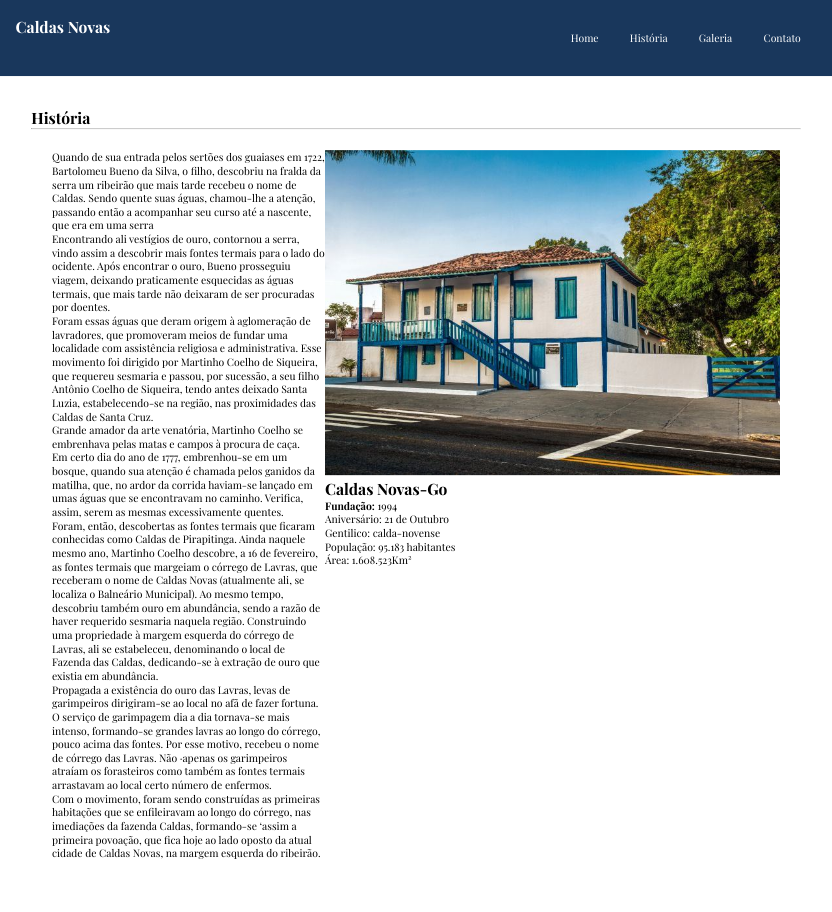
Repository: AbiezerSidonioJoseOdanacaJunior/DesafioLocalTuristico
Page: index.html
The author's editor kept a copy of each file at every save. The page is drawn from the files as they stood at one save, then again after the next save.
The browser window is 1280 px wide. The pictures show the whole page, at 65% of full size.
Some web fonts or font styles are not loaded; a fallback is used.

Above is the page before, as saved 2024-11-11 15:48:30.

### index.html
<!DOCTYPE html>
<html lang="pt-br">
<head>
    <link rel="preconnect" href="https://fonts.googleapis.com">
    <link rel="preconnect" href="https://fonts.gstatic.com" crossorigin>
    <meta charset="UTF-8">
    <meta name="viewport" content="width=device-width, initial-scale=1.0">
    <title>Caldas Novas</title>
    <link rel="stylesheet" href="./css/style.css">
    <link href="https://fonts.googleapis.com/css2?family=Alice&family=Playfair+Display:ital,wght@0,400..900;1,400..900&display=swap" rel="stylesheet">
</head>
<body>
    <div id="page">
        <nav>
            <!-- <img src="./img/clds.png" alt="logo Caldas novas"> -->
             <h1>Caldas Novas</h1>
            <ul>
                <li><a href="#home">Home</a></li>
                <li><a href="#history">História</a></li>
                <li><a href="#gallery">Galeria</a></li>
                <li><a href="#contact">Contato</a></li>
            </ul>
        </nav>
        <main>
            <section id="history">
                <h1>História</h1>
                <hr>
               <div id="about">
                <div id="text-history">
                    <p>Quando de sua entrada pelos sertões dos guaiases em 1722, Bartolomeu Bueno da Silva, o filho, descobriu na fralda da serra um ribeirão que mais tarde recebeu o nome de Caldas. Sendo quente suas águas, chamou-lhe a atenção, passando então a acompanhar seu curso até a nascente, que era em uma serra</p>
                    <p>Encontrando ali vestígios de ouro, contornou a serra, vindo assim a descobrir mais fontes termais para o lado do ocidente. Após encontrar o ouro, Bueno prosseguiu viagem, deixando praticamente esquecidas as águas termais, que mais tarde não deixaram de ser procuradas por doentes.</p>
                    <p>Foram essas águas que deram origem à aglomeração de lavradores, que promoveram meios de fundar uma localidade com assistência religiosa e administrativa. Esse movimento foi dirigido por Martinho Coelho de Siqueira, que requereu sesmaria e passou, por sucessão, a seu filho Antônio Coelho de Siqueira, tendo antes deixado Santa Luzia, estabelecendo-se na região, nas proximidades das Caldas de Santa Cruz.</p>
                    <p>Grande amador da arte venatória, Martinho Coelho se embrenhava pelas matas e campos à procura de caça.</p>
                    <p>Em certo dia do ano de 1777, embrenhou-se em um bosque, quando sua atenção é chamada pelos ganidos da matilha, que, no ardor da corrida haviam-se lançado em umas águas que se encontravam no caminho. Verifica, assim, serem as mesmas excessivamente quentes.</p>
                    <p>Foram, então, descobertas as fontes termais que ficaram conhecidas como Caldas de Pirapitinga. Ainda naquele mesmo ano, Martinho Coelho descobre, a 16 de fevereiro, as fontes termais que margeiam o córrego de Lavras, que receberam o nome de Caldas Novas (atualmente ali, se localiza o Balneário Municipal). Ao mesmo tempo, descobriu também ouro em abundância, sendo a razão de haver requerido sesmaria naquela região. Construindo uma propriedade à margem esquerda do córrego de Lavras, ali se estabeleceu, denominando o local de Fazenda das Caldas, dedicando-se à extração de ouro que existia em abundância.</p>
                    <p>Propagada a existência do ouro das Lavras, levas de garimpeiros dirigiram-se ao local no afã de fazer fortuna. O serviço de garimpagem dia a dia tornava-se mais intenso, formando-se grandes lavras ao longo do córrego, pouco acima das fontes. Por esse motivo, recebeu o nome de córrego das Lavras. Não ·apenas os garimpeiros atraíam os forasteiros como também as fontes termais arrastavam ao local certo número de enfermos.</p>
                    <p>Com o movimento, foram sendo construídas as primeiras habitações que se enfileiravam ao longo do córrego, nas imediações da fazenda Caldas, formando-se ‘assim a primeira povoação, que fica hoje ao lado oposto da atual cidade de Caldas Novas, na margem esquerda do ribeirão.</p>
                </div>
                <div id="image-history">
                    <img src="./img/imghistory.jpg" alt="Imagem Caldas">
                    <h2>Caldas Novas-Go</h2>
                    <p><b>Fundação:</b> 1994 </p>
                    <p>Aniversário: 21 de Outubro </p>
                    <p>Gentilico: calda-novense </p>
                    <p>População: 95.183 habitantes</p>
                    <p>Área: 1.608.523Km²</p>
                </div>
               </div>
            </section>
        </main>
    </div>

</body>
</html>

### css/style.css
* {
    padding: 0;
    margin: 0;
}
body{
    font-family: "Playfair Display", serif;
}

nav {
    display: flex;
    background-color: #19375c;
}

nav img {
    width: 116px;
    height: 92px;
}

nav h1{
    color:#fff;
    padding: 24px;
}

ul{
    display: flex;
    padding: 24px;
    margin-left: auto;
}

ul li {
    padding: 24px;
    list-style: none;
}

ul li a {
    text-decoration: none;
    color: #fff;
}

#history {
    padding: 24px;
    margin: 24px;
}

#about {
    display: flex;
    margin: 16px;
    padding: 16px;
}

After the next save:
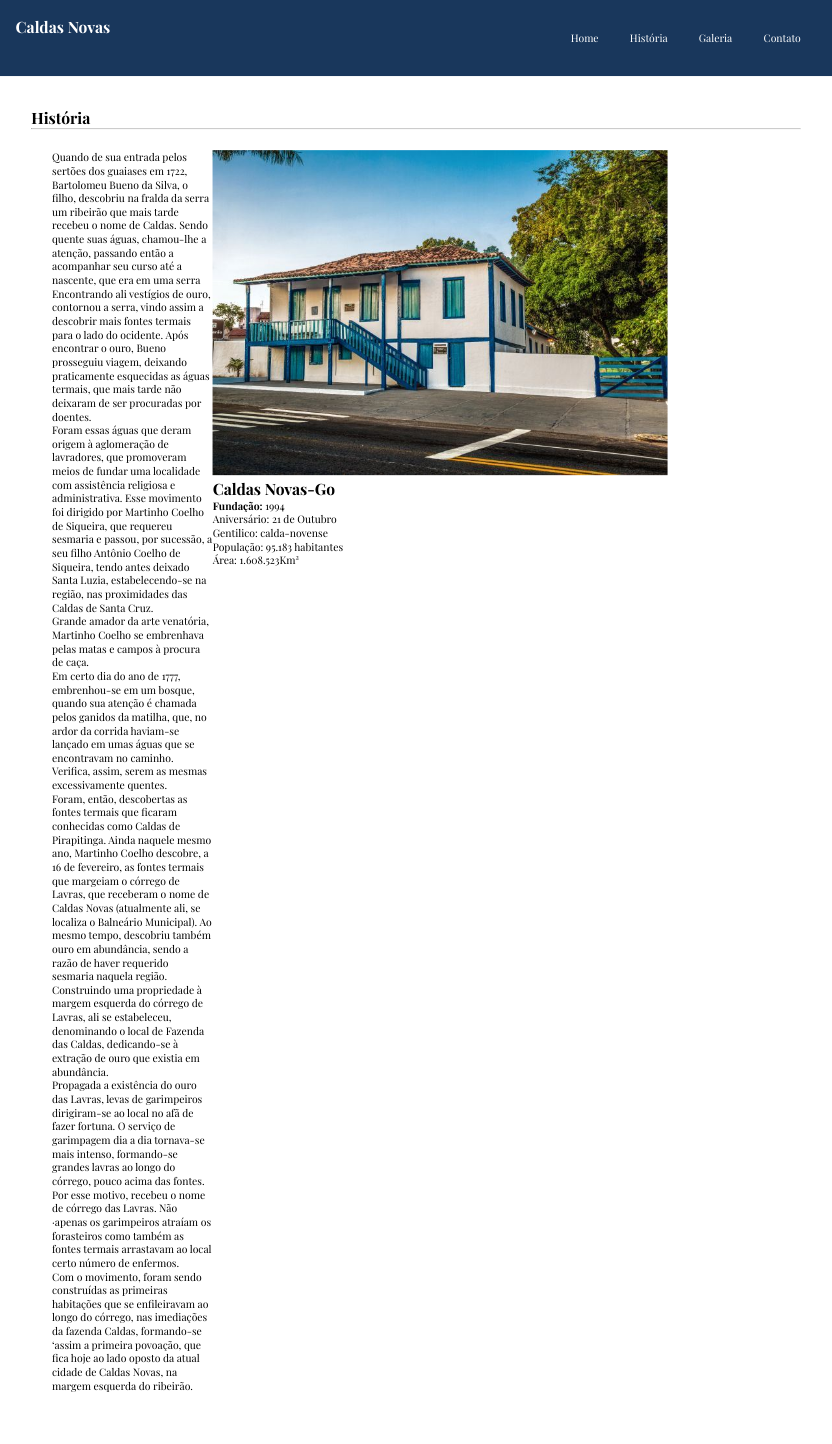
Saved 114 s later.
--- a/css/style.css
+++ b/css/style.css
@@ -47,3 +47,7 @@
     margin: 16px;
     padding: 16px;
 }
+
+#about, #text-history {
+    width: 80%;
+}
